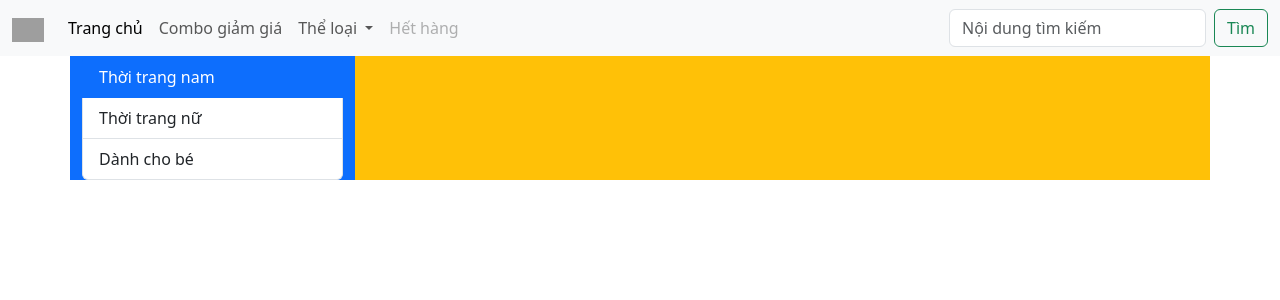
Repository: PhiKhongHoang/JSP-Servlet
Page: bai4_bootstrap/src/main/webapp/index.html
These files come from the project's save history. The page is drawn as it stood at one moment and after the next save; the edit follows.
The browser window is 1280 px wide. The pictures show the whole page.
Pictures or frames that could not be fetched are drawn as grey boxes.

Above is the page before, as saved 2024-02-16 13:52:20.

After the next save:
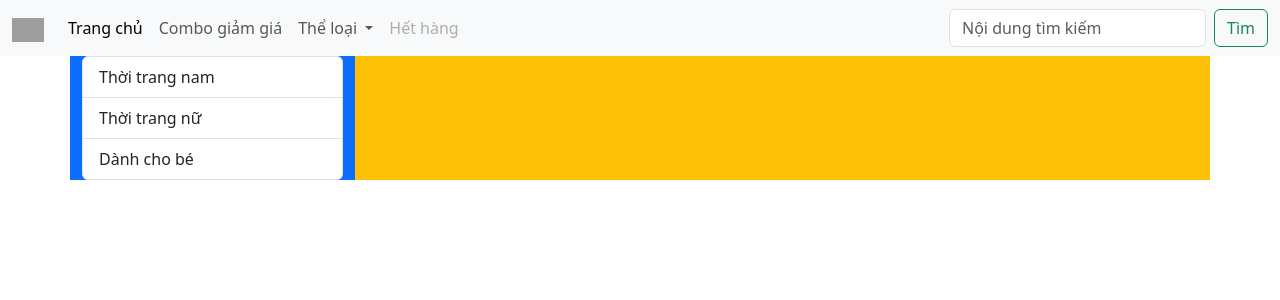
Saved 22 s later.
--- a/bai4_bootstrap/src/main/webapp/index.html
+++ b/bai4_bootstrap/src/main/webapp/index.html
@@ -64,7 +64,7 @@
 		<div class="row">
 			<div class="col-lg-3 bg-primary"">
 				<div class="list-group">
-					<a href="#" class="list-group-item list-group-item-action active">
+					<a href="#" class="list-group-item list-group-item-action">
 						Thời trang nam
 					</a>
 					<a href="#" class="list-group-item list-group-item-action">
